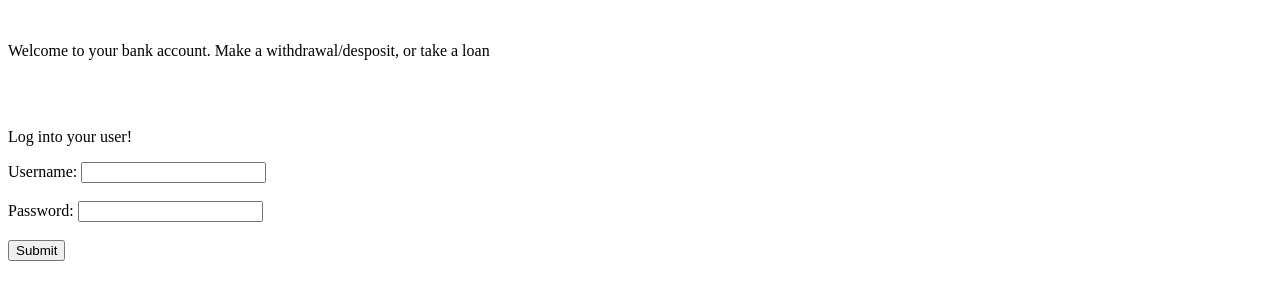
Repository: hcm4990/BankingApplicationRestAPI
Page: gs-serving-web-content-complete/src/main/resources/static/account.html
An editor plug-in stored every save of this project. The page is shown before and after the next save, followed by the edit.
The browser window is 1280 px wide. The pictures show the whole page.

Above is the page before, as saved 2020-04-06 15:14:12.

### gs-serving-web-content-complete/src/main/resources/static/account.html
<!DOCTYPE HTML>
<html>
<head>
<title>Getting Started: Serving Web Content</title>
<meta http-equiv="Content-Type" content="text/html; charset=UTF-8" />
</head>
<body>
	<br>
	<p>Welcome to your bank account. Make a withdrawal/desposit, or take a loan</p>
	<br>
	<br>
	<p><p>Log into your user!</p>
	<form action="/transaction">
		<label for="user_id">Username:</label> <input type="text" id="user_id"
			name="user_id"><br> <br>
		<label for="pass_word">Password:</label> <input type="text" id="pass_word"
			name="pass_word"><br>
		<br> <input type="submit" value="Submit">
	</form>
</body>
</html>

After the next save:
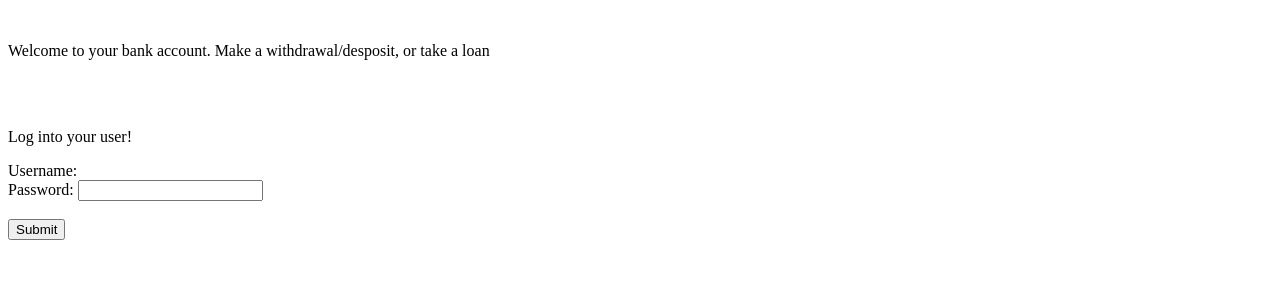
Saved 4 s later.
--- a/gs-serving-web-content-complete/src/main/resources/static/account.html
+++ b/gs-serving-web-content-complete/src/main/resources/static/account.html
@@ -11,8 +11,7 @@
 	<br>
 	<p><p>Log into your user!</p>
 	<form action="/transaction">
-		<label for="user_id">Username:</label> <input type="text" id="user_id"
-			name="user_id"><br> <br>
+		<label for="user_id">Username:</label><br>
 		<label for="pass_word">Password:</label> <input type="text" id="pass_word"
 			name="pass_word"><br>
 		<br> <input type="submit" value="Submit">
